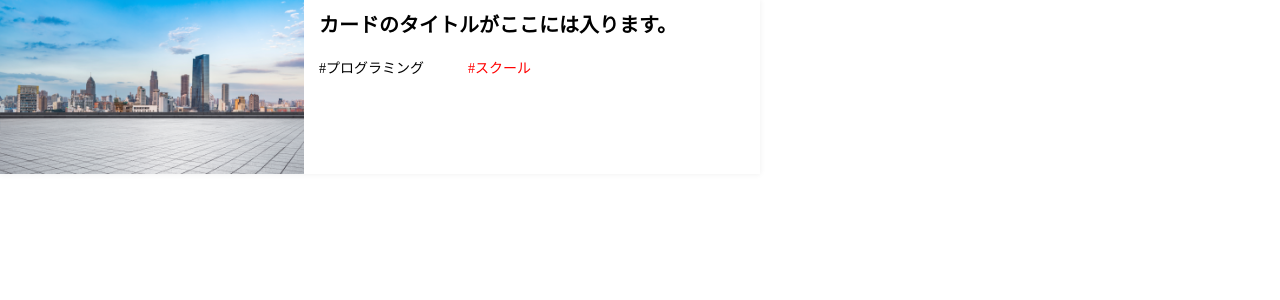
Repository: yosuke257/20231104_watanabe_css
Page: coachtech/html-css/index.html
These files come from the project's save history. The page is drawn as it stood at one moment and after the next save; the edit follows.
The browser window is 1280 px wide. The pictures show the whole page.

Above is the page before, as saved 2023-10-22 23:36:58.

### coachtech/html-css/index.html
<!DOCTYPE html>
<html lang="ja">

<head>
    <meta charset="UTF-8">
    <meta name="viewport" content="width=device-width, initial-scale=1.0">
    <title>Document</title>
    <link rel="stylesheet" href="css/style.css" />
    <link rel="stylesheet" href="css/reset.css" />
</head>

<body>
    <div class="card">
        <div class="card__img">
            <img src="img/mv.png" alt="" />
        </div>
        <div class="card__content">
            <h2 class="card__content-ttl">カードのタイトルがここには入ります。</h2>
            <p class="card__content-tag">#プログラミング</p>
            <p class="card__content-tag card__content-tag--red">#スクール</p>
        </div>
    </div>
</body>

</html>

### coachtech/html-css/css/style.css
body {
    width: 760px;
    margin: 100px auto;
}

.card {
    box-shadow: 0 0 6px #eeeeee;
    display: flex;
}

.card__img {
    width: 40%;
}

.card__img img {
    width: 100%;
    vertical-align: top;
}

.card__content {
    padding: 15px;
}

.card__content-ttl {
    font-size: 20px;
    font-weight: bold;
    margin-bottom: 25px;
}

.card__content-tag {
    font-size: 14px;
    display: inline-block;
}

.card__content-tag--red {
    color: red;
    margin-left: 40px;
}

### coachtech/html-css/css/reset.css
 /*
html5doctor.com Reset Stylesheet
v1.6.1
Last Updated: 2010-09-17
Author: Richard Clark - http://richclarkdesign.com
Twitter: @rich_clark
*/

 html,
 body,
 div,
 span,
 object,
 iframe,
 h1,
 h2,
 h3,
 h4,
 h5,
 h6,
 p,
 blockquote,
 pre,
 abbr,
 address,
 cite,
 code,
 del,
 dfn,
 em,
 img,
 ins,
 kbd,
 q,
 samp,
 small,
 strong,
 sub,
 sup,
 var,
 b,
 i,
 dl,
 dt,
 dd,
 ol,
 ul,
 li,
 fieldset,
 form,
 label,
 legend,
 table,
 caption,
 tbody,
 tfoot,
 thead,
 tr,
 th,
 td,
 article,
 aside,
 canvas,
 details,
 figcaption,
 figure,
 footer,
 header,
 hgroup,
 menu,
 nav,
 section,
 summary,
 time,
 mark,
 audio,
 video {
     margin: 0;
     padding: 0;
     border: 0;
     outline: 0;
     font-size: 100%;
     vertical-align: baseline;
     background: transparent;
 }

 body {
     line-height: 1;
 }

 article,
 aside,
 details,
 figcaption,
 figure,
 footer,
 header,
 hgroup,
 menu,
 nav,
 section {
     display: block;
 }

 nav ul {
     list-style: none;
 }

 blockquote,
 q {
     quotes: none;
 }

 blockquote:before,
 blockquote:after,
 q:before,
 q:after {
     content: '';
     content: none;
 }

 a {
     margin: 0;
     padding: 0;
     font-size: 100%;
     vertical-align: baseline;
     background: transparent;
 }

 /* change colours to suit your needs */
 ins {
     background-color: #ff9;
     color: #000;
     text-decoration: none;
 }

 /* change colours to suit your needs */
 mark {
     background-color: #ff9;
     color: #000;
     font-style: italic;
     font-weight: bold;
 }

 del {
     text-decoration: line-through;
 }

 abbr[title],
 dfn[title] {
     border-bottom: 1px dotted;
     cursor: help;
 }

 table {
     border-collapse: collapse;
     border-spacing: 0;
 }

 /* change border colour to suit your needs */
 hr {
     display: block;
     height: 1px;
     border: 0;
     border-top: 1px solid #cccccc;
     margin: 1em 0;
     padding: 0;
 }

 input,
 select {
     vertical-align: middle;
 }

After the next save:
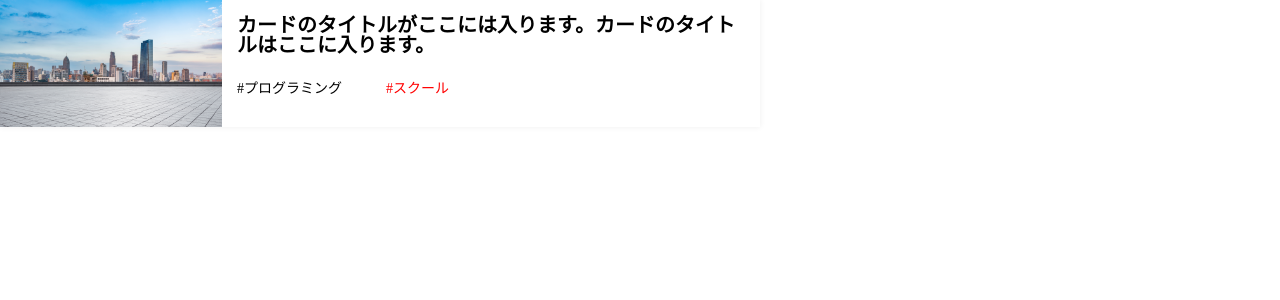
Saved 2 min 6 s later.
--- a/coachtech/html-css/index.html
+++ b/coachtech/html-css/index.html
@@ -15,7 +15,7 @@
             <img src="img/mv.png" alt="" />
         </div>
         <div class="card__content">
-            <h2 class="card__content-ttl">カードのタイトルがここには入ります。</h2>
+            <h2 class="card__content-ttl">カードのタイトルがここには入ります。カードのタイトルはここに入ります。</h2>
             <p class="card__content-tag">#プログラミング</p>
             <p class="card__content-tag card__content-tag--red">#スクール</p>
         </div>
